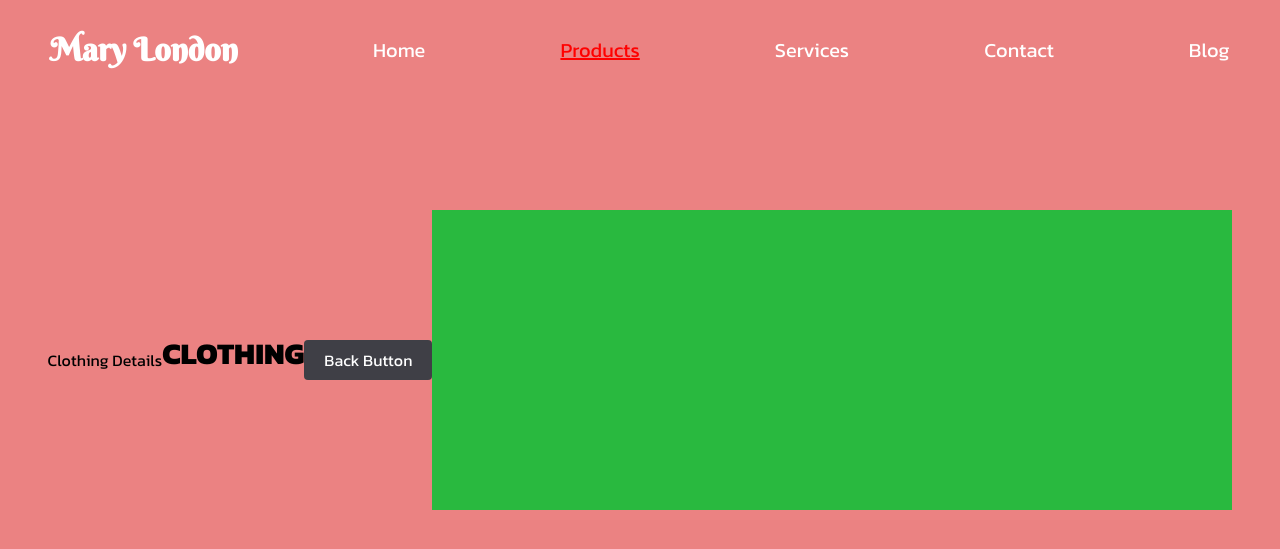
Repository: Habeebur1493/test2
Page: /products/clothing
The author's editor kept a copy of each file at every save. The page is drawn from the files as they stood at one save, then again after the next save.
The browser window is 1280 px wide. The pictures show the whole page.
The project was rebuilt for these pictures with package versions that can differ from the ones it lists, and the page was loaded fresh each time. Also part of the build but not shown: vite.config.js, src/Frontend/Loader/loaderstyle.css, src/Frontend/Firstpage/Home.jsx, src/Frontend/Firstpage/Products.jsx, src/Frontend/Firstpage/Services.jsx, src/Frontend/Firstpage/Contact.jsx, src/Frontend/Firstpage/Blog.jsx.

Above is the page before, as saved 2024-12-28 14:47:13.

After the next save:
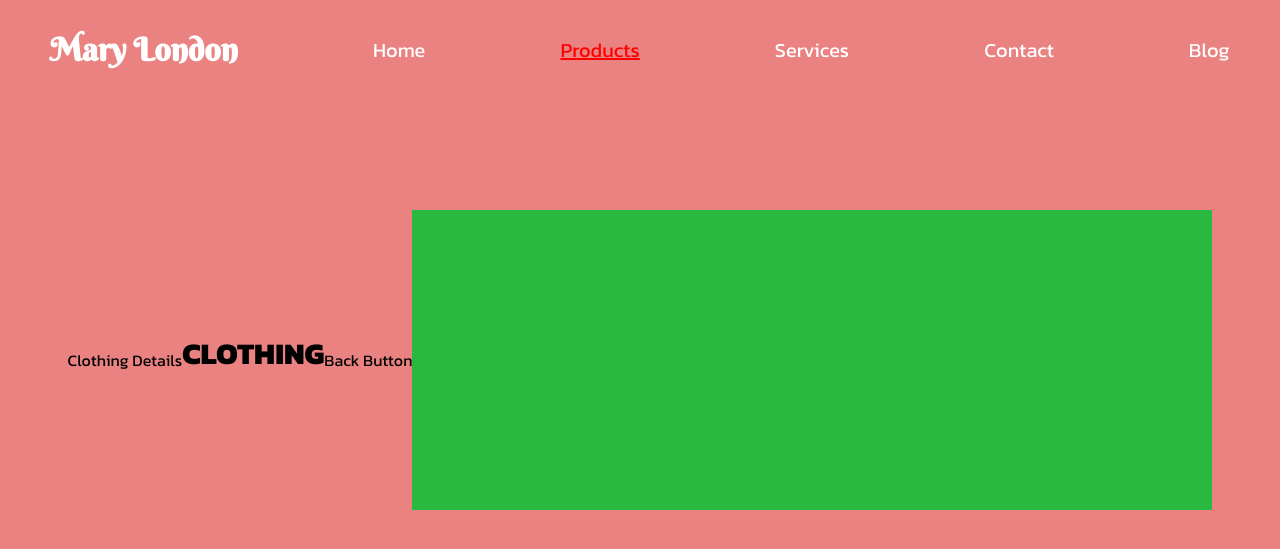
Saved 37 s later.
--- a/src/Frontend/Firstpage/ClothingDetails.jsx
+++ b/src/Frontend/Firstpage/ClothingDetails.jsx
@@ -17,7 +17,6 @@ const ClothingDetails = () => {
           {params.category.toLocaleUpperCase()}
         </h1>
         <button
-          className="px-5 py-2 bg-zinc-700 rounded text-white"
           onClick={() => navigate(-1)}
         >
           Back Button
